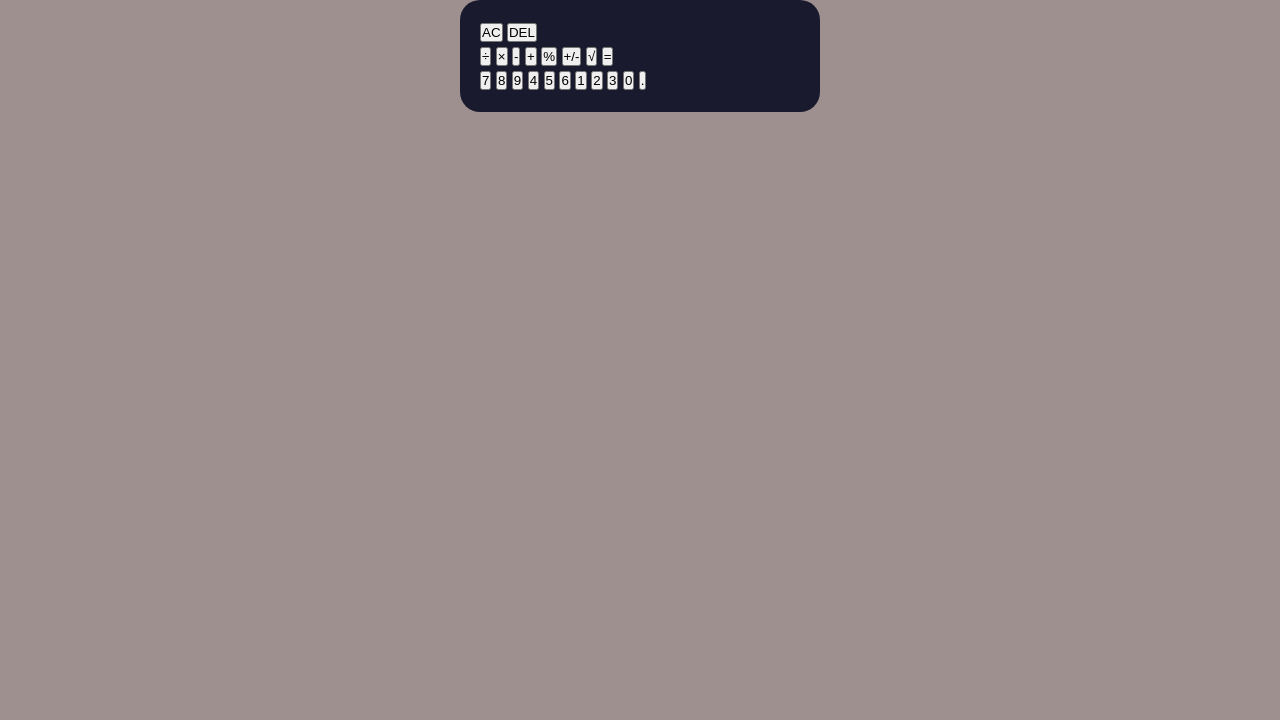
Repository: MikkyPrestige/js-calculator
Page: index.html
These files come from the project's save history. The page is drawn as it stood at one moment and after the next save; the edit follows.
The browser window is 1280 px wide. The pictures show the whole page.

Above is the page before, as saved 2023-05-08 00:56:05.

After the next save:
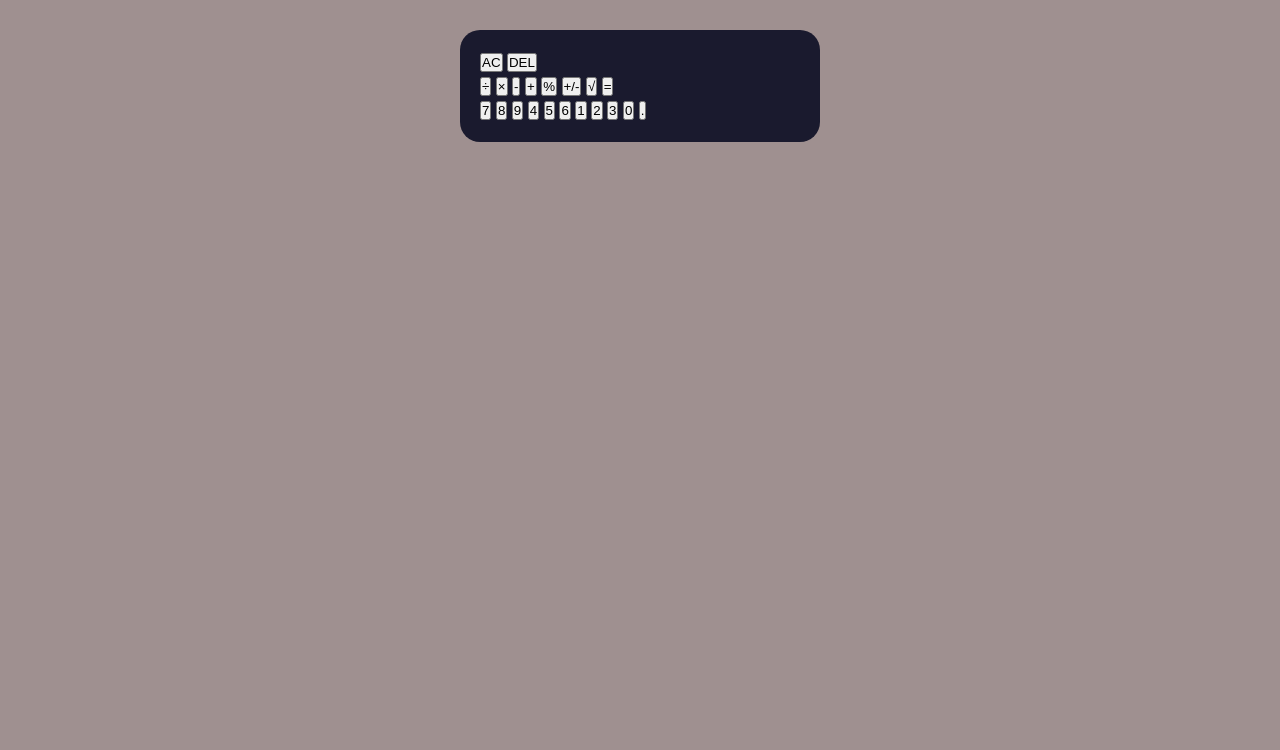
Saved 9 s later.
--- a/index.css
+++ b/index.css
@@ -21,7 +21,7 @@ main {
   width: 100%;
   max-width: 360px;
   height: 100%;
-  margin: auto auto;
+  margin: 30px auto;
   padding: 20px;
   border-radius: 20px;
   -webkit-border-radius: 20px;
